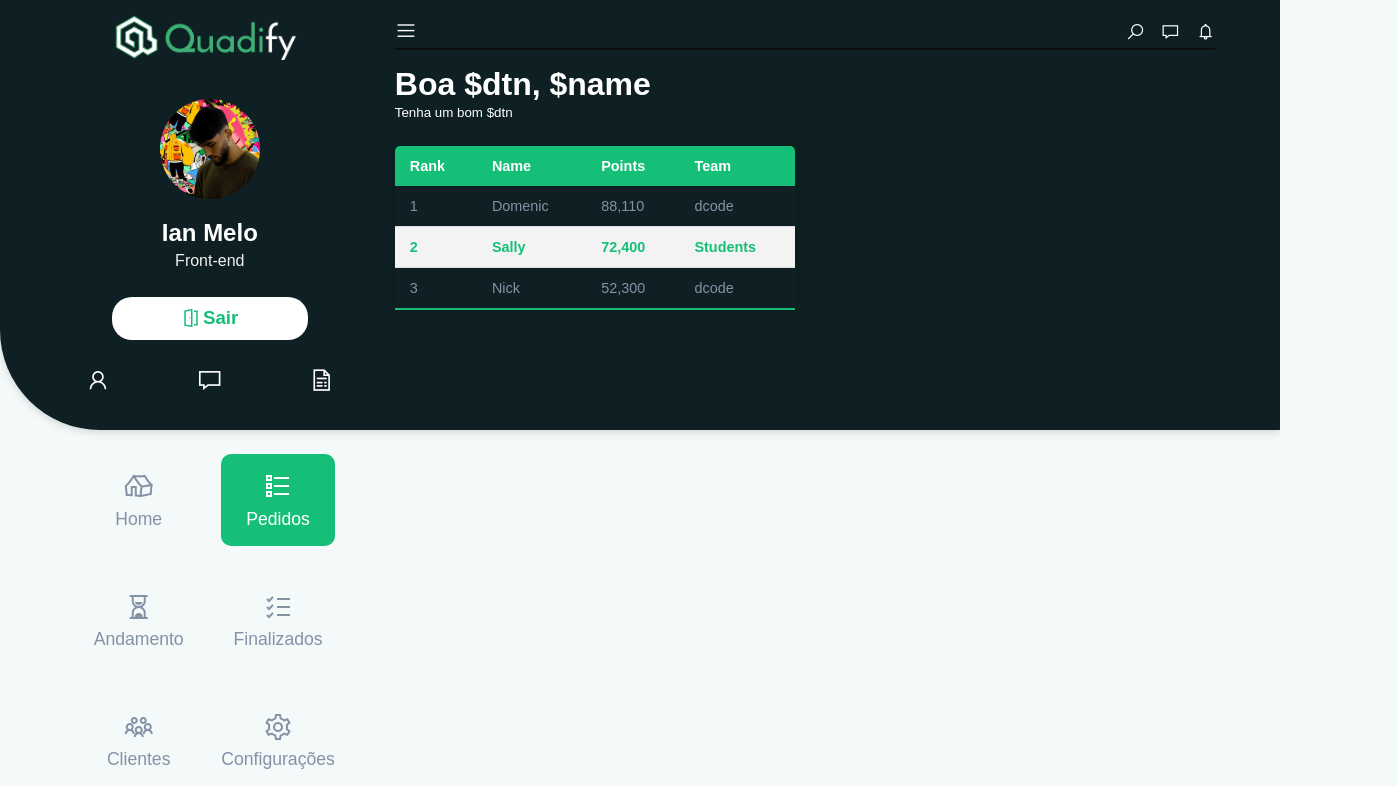
Repository: ichumbo/StarkDashboard
Page: pedidos.html
These files come from the project's save history. The page is drawn as it stood at one moment and after the next save; the edit follows.
The browser window is 1280 px wide. The page is 1280 px wide, then 1397 px, so the pictures cover 1397 px, including what lies to the right of the window. The pictures show the whole page.

Above is the page before, as saved 2023-06-14 13:55:43.

After the next save:
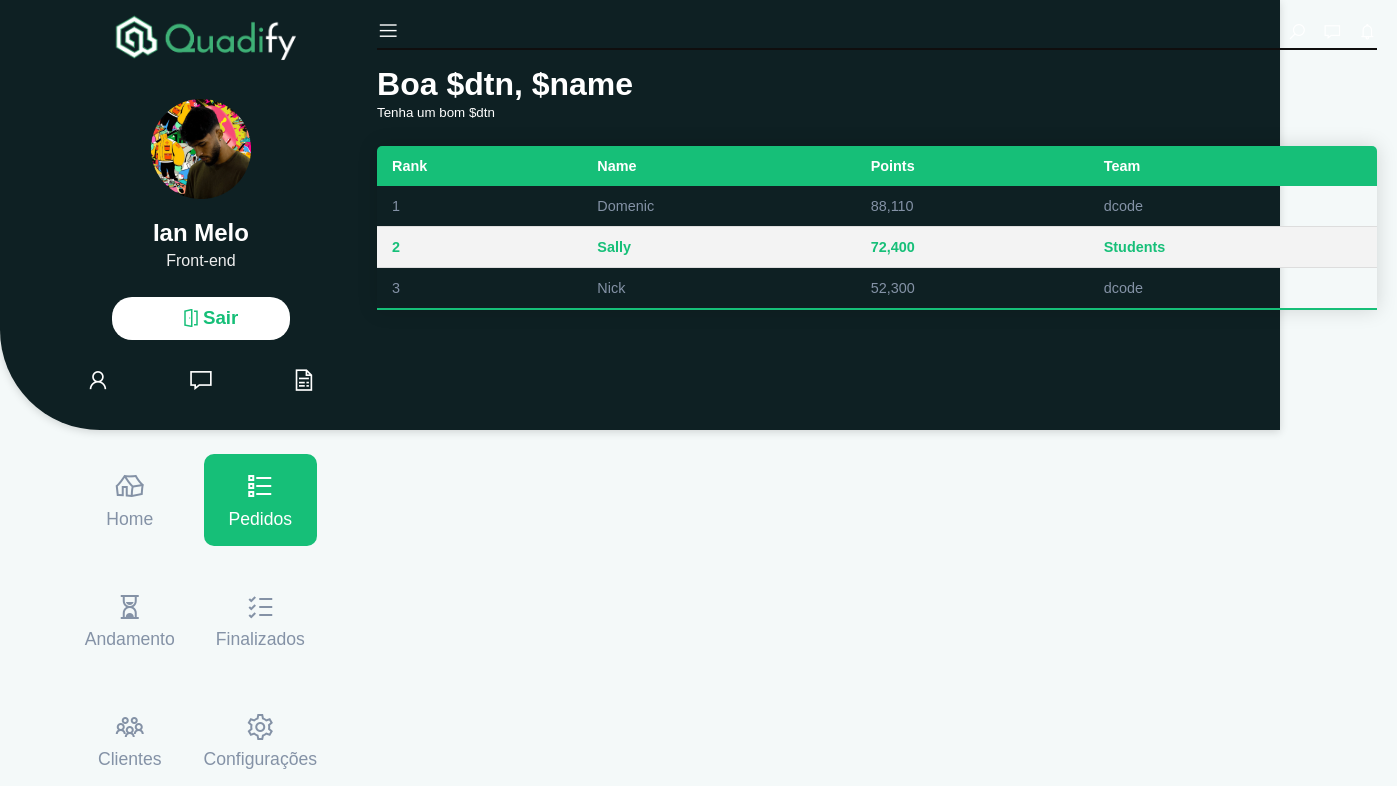
Saved 24 s later.
--- a/css/registro.css
+++ b/css/registro.css
@@ -123,7 +123,7 @@ input::placeholder {
     border-collapse: collapse;
     margin: 25px 0;
     font-size: 0.9em;
-    min-width: 400px;
+    width: 1000px;
     border-radius: 5px 5px 0 0;
     overflow: hidden;
     box-shadow: 0 0 20px rgba(0, 0, 0, 0.15);
